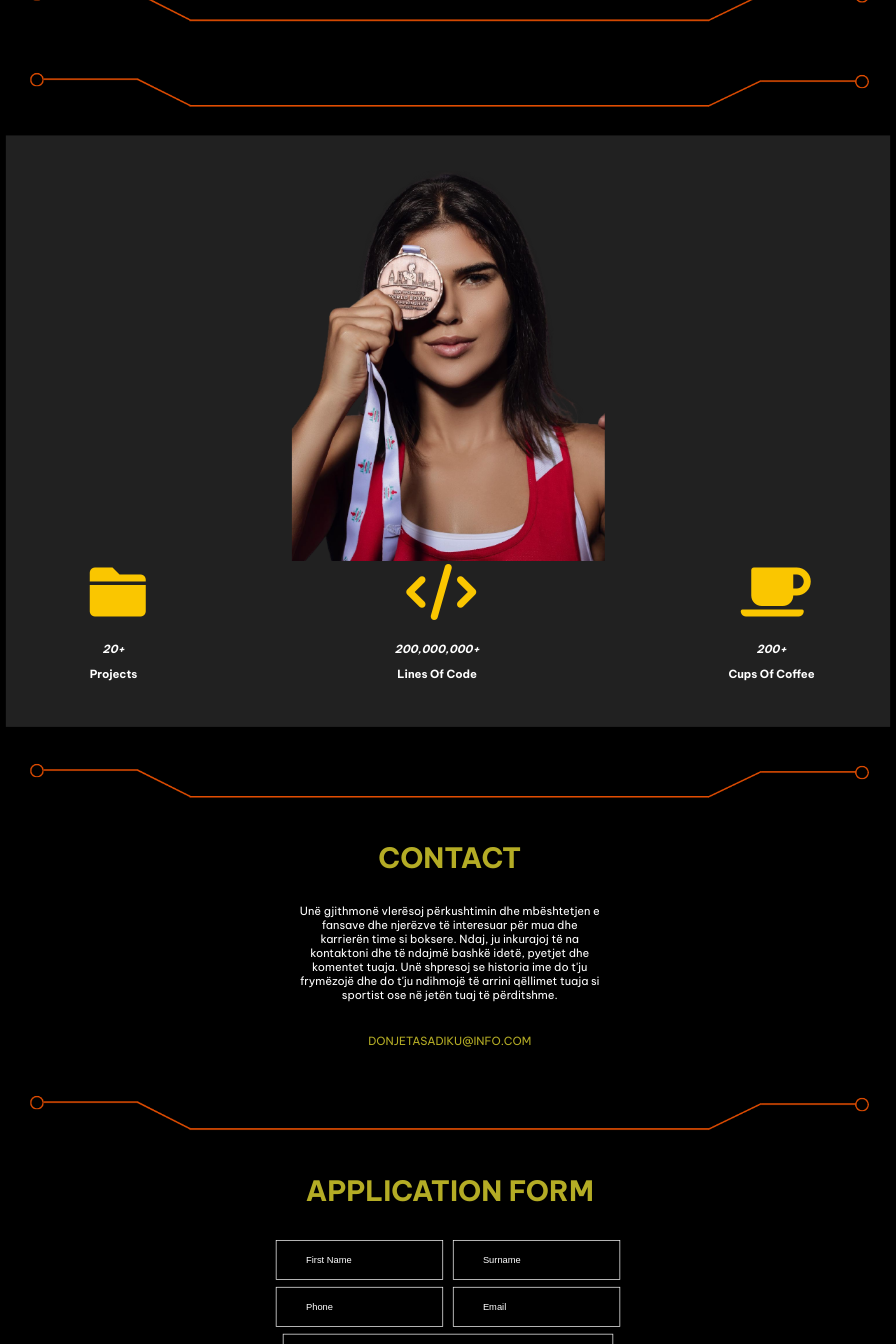
Repository: milot-morina/ds-boxing
Page: DS-Portfolio/index.html
An editor plug-in stored every save of this project. The page is shown before and after the next save, followed by the edit.
The browser window is 1280 px wide. The pictures show the part of the page from y = 2668 to 4588 px (the page is 5081 px tall before and 4898 px after), at 70% of full size.
A picture or video elsewhere on the page could not be fetched, so the positions and the page height are approximate.

Above is the page before, as saved 2023-03-21 10:24:42.

After the next save:
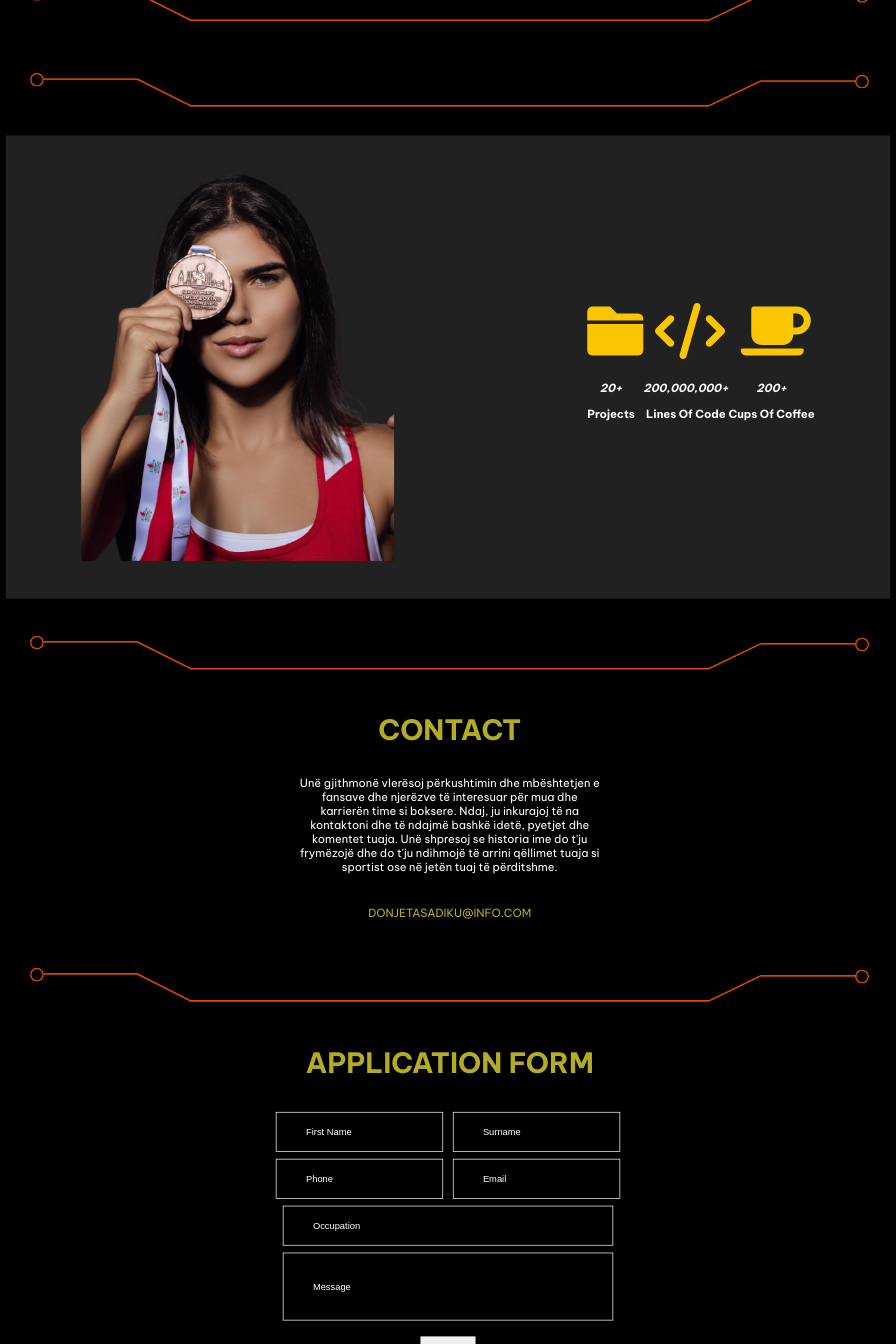
Saved 4 min 44 s later.
--- a/DS-Portfolio/index.html
+++ b/DS-Portfolio/index.html
@@ -128,30 +128,34 @@
   <!-- ktu section i ri -->
   <section class="fun-facts text-center">
     <div class="container">
-      <div class="col-md-6">
-        <img src="medalje-removebg-preview.png" alt="Your image description">
-      </div>
-
       <div class="row">
-        <div class="col-md-3">
-          <i class="fa fa-folder fa-5x"></i>
-          <p class="number">20+</p>
-          <p>Projects</p>
+        <div class="col-md-6">
+          <img src="medalje-removebg-preview.png" alt="Your image description">
         </div>
 
-        <div class="col-md-3">
-          <i class="fa fa-code fa-5x"></i>
-          <p class="number">200,000,000+</p>
-          <p>Lines Of Code</p>
+        <div class="col-md-6">
+          <div class="row">
+            <div class="col-md-4">
+              <i class="fa fa-folder fa-5x"></i>
+              <p class="number">20+</p>
+              <p>Projects</p>
+            </div>
+            <div class="col-md-4">
+              <i class="fa fa-code fa-5x"></i>
+              <p class="number">200,000,000+</p>
+              <p>Lines Of Code</p>
+            </div>
+            <div class="col-md-4">
+              <i class="fa fa-coffee fa-5x"></i>
+              <p class="number">200+</p>
+              <p>Cups Of Coffee</p>
+            </div>
+          </div>
         </div>
-        <div class="col-md-3">
-          <i class="fa fa-coffee fa-5x"></i>
-          <p class="number">200+</p>
-          <p>Cups Of Coffee</p>
-        </div>
-      </div>
-    </div>
-  </section>
+      </div>
+    </div>
+  </section>
+
 
 
   <!-- perfunduon -->
